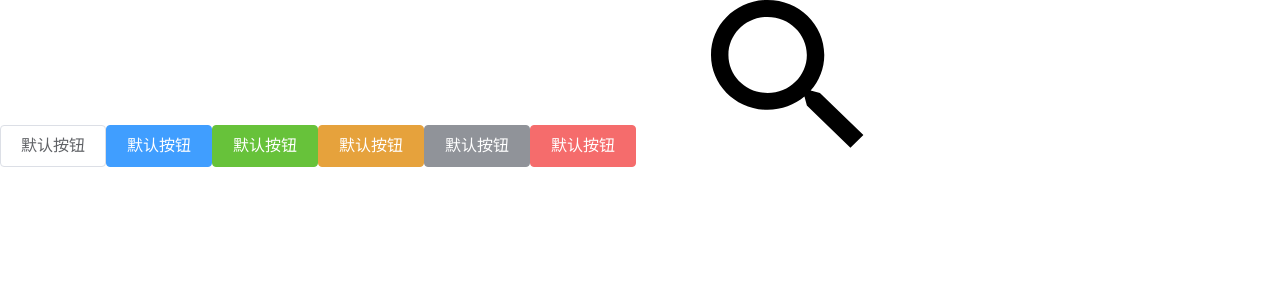
Repository: onlyadaydreamer/dreamer-ui
Page: /
The author's editor kept a copy of each file at every save. The page is drawn from the files as they stood at one save, then again after the next save.
The browser window is 1280 px wide. The pictures show the whole page.
The project was rebuilt for these pictures with package versions that can differ from the ones it lists, and the page was loaded fresh each time. Also part of the build but not shown: src/styles/icon.js, src/packages/index.js.

Above is the page before, as saved 2020-05-13 15:15:21.

### src/main.js
import Vue from 'vue'
import App from './App.vue'

Vue.config.productionTip = false

import dreamerUI from './packages/index';
Vue.use(dreamerUI);

new Vue({
  render: h => h(App),
}).$mount('#app')

### src/App.vue
<template>
  <div id="app">
    <dreamer-button>默认按钮</dreamer-button>
    <dreamer-button type="primary">默认按钮</dreamer-button>
    <dreamer-button type="success">默认按钮</dreamer-button>
    <dreamer-button type="warning">默认按钮</dreamer-button>
    <dreamer-button type="info">默认按钮</dreamer-button>
    <dreamer-button type="danger">默认按钮</dreamer-button>

    <dreamer-icon></dreamer-icon>
  </div>
</template>

<script>

export default {

}
</script>

<style lang="scss">

</style>

### src/packages/button.vue
<template>
    <button class="dreamer-button" :class="btnClass">
        <span v-if="this.$slots.default">
            <slot></slot>
        </span>
    </button>
</template>

<script>
export default {
    name: 'dreamer-button',
    props: {
        type: {
            type: String,
            default: '',
            validator(type) {
                if (type && !['primary', 'success', 'warning', 'info', 'danger'].includes(type)) {
                    console.error('type类型必须为' + ['primary', 'success', 'warning', 'info', 'danger'].join('、'));
                }
                return true;
            }
        }
    },
    computed: {
        btnClass() {
            let classes = [];
            if (this.type) {
                classes.push(`dreamer-button-${this.type}`);
            }
            return classes;
        }
    }
}
</script>

<style lang="scss">
@import '../styles/_var.scss';
$height: 42px;
$font-size: 16px;
$color: #606266;
$border-color: #dcdfe6;
$background: #ecf5ff;
$active-color: #3a8ee6;

.dreamer-button {
  border-radius: $border-radius;
  border: 1px solid $border-color;
  color: $color;
  background: #fff;
  height: 42px;
  cursor: pointer;
  font-size: $font-size;
  line-height: 1;
  padding: 12px 20px;
  display: inline-flex;
  justify-content: center;
  vertical-align: middle;
  &:hover {
      border-color: $border-color;
      background-color: $background;
  }
  &:focus, &:active {
      color: $active-color;
      border: 1px solid $active-color;
      outline: none;
      background-color: $background;
  }
//   &-primary {}
//   &-success {}
//    ... 这么一遍一遍写太麻烦
@each $type, $color in (primary: $primary, success: $success, info: $info, warning: $warning, danger: $danger) {
    &-#{$type} {
        background: #{$color};
        border: 1px solid #{$color};
        color: #fff;
    }
}
@each $type, $color in (primary: $primary-hover, success: $success-hover, info: $info-hover, warning: $warning-hover, danger: $danger-hover) {
    &-#{$type}:hover {
        background: #{$color};
        border: 1px solid #{$color};
        color: #fff;
    }
}
@each $type, $color in (primary: $primary-active, success: $success-active, info: $info-active, warning: $warning-active, danger: $danger-active) {
    &-#{$type}:active,&-#{$type}:focus {
        background: #{$color};
        border: 1px solid #{$color};
        color: #fff;
    }
}
}
</style>

### src/packages/icon.vue
<template>
   <svg class="icon" aria-hidden="true">
        <use xlink:href="#icon-search"></use>
    </svg>
</template>

<script>
import '../styles/icon';
export default {
    name: 'dreamer-icon'
}
</script>

<style>

</style>

### src/styles/_var.scss
$border-radius: 4px;

$primary: #409EFF;
$success: #67C23A;
$warning: #E6A23C;
$danger: #F56C6C;
$info: #909399;

$primary-hover: #66B1FF;
$success-hover: #85CE61;
$warning-hover: #EBB563;
$danger-hover: #F78989;
$info-hover: #A6A9AD;

$primary-active: #3A8EE6;
$success-active: #5DAF34;
$warning-active: #CF9236;
$danger-active: #DD6161;
$info-active: #82848A;

* {
    padding: 0;
    margin: 0;
    box-sizing: border-box;
}

Loaded but not shown: public/index.html (common file)

After the next save:
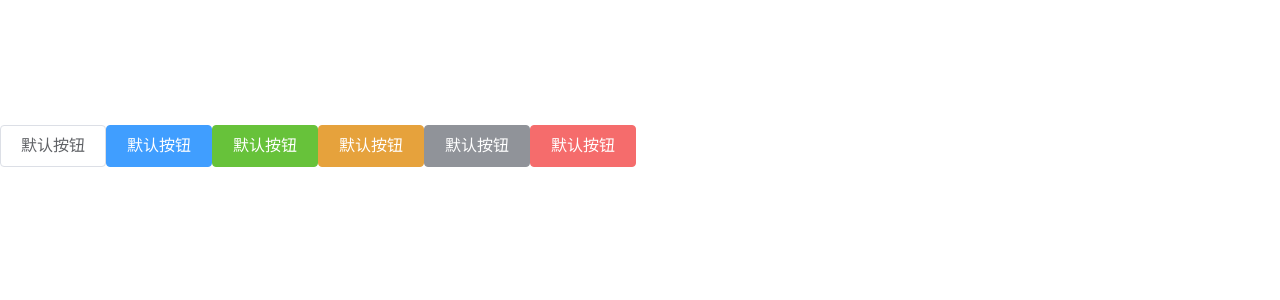
Saved 69 s later.
--- a/src/packages/icon.vue
+++ b/src/packages/icon.vue
@@ -1,13 +1,19 @@
 <template>
    <svg class="icon" aria-hidden="true">
-        <use xlink:href="#icon-search"></use>
+        <use :xlink:href="`#icon-${icon}`"></use>
     </svg>
 </template>
 
 <script>
 import '../styles/icon';
 export default {
-    name: 'dreamer-icon'
+    name: 'dreamer-icon',
+    props: {
+        icon: {
+            type: String,
+            required: true
+        }
+    }
 }
 </script>
 

After the save that followed:
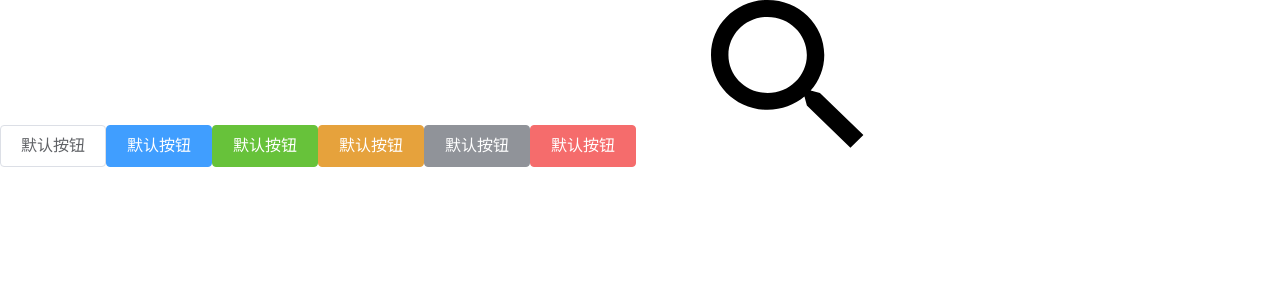
Saved 12 s later.
--- a/src/App.vue
+++ b/src/App.vue
@@ -7,7 +7,7 @@
     <dreamer-button type="info">默认按钮</dreamer-button>
     <dreamer-button type="danger">默认按钮</dreamer-button>
 
-    <dreamer-icon></dreamer-icon>
+    <dreamer-icon icon="search"></dreamer-icon>
   </div>
 </template>
 
